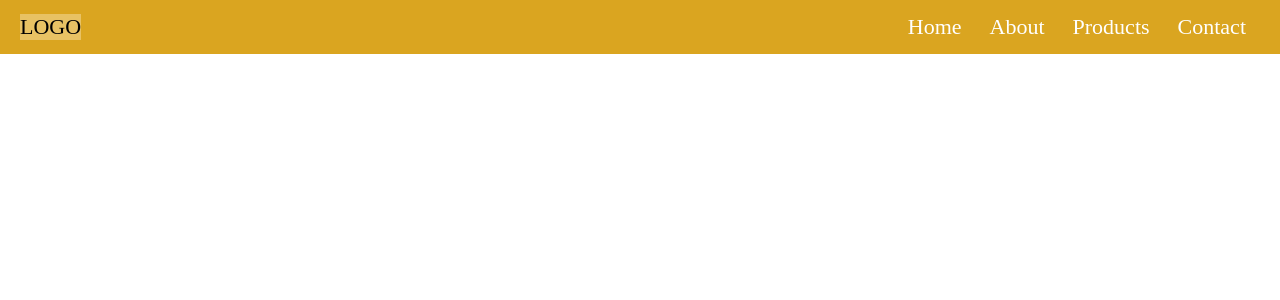
Repository: albayrakfatih/Flex-Navbar
Page: navbar-w-flexbox.html
These files come from the project's save history. The page is drawn as it stood at one moment and after a run of saves; the edit follows.
The browser window is 1280 px wide. The pictures show the whole page.

Above is the page before, as saved 2023-05-09 21:06:02.

After the next 2 saves:
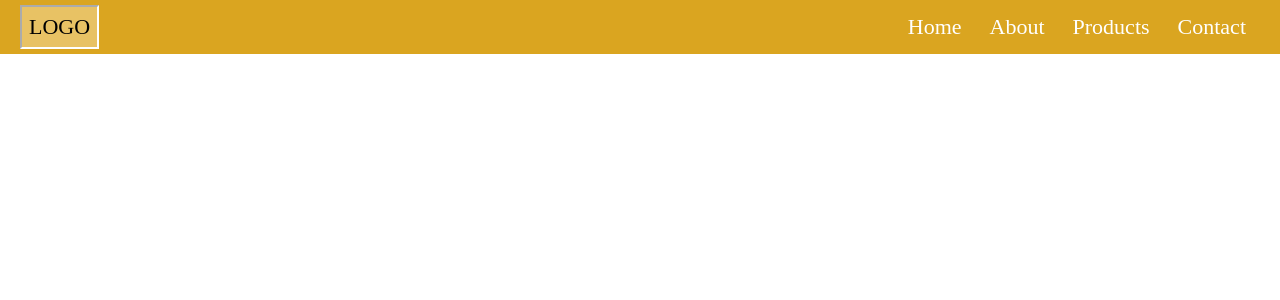
The 2 saves are shown as one change because they came seconds apart.
The last was saved 49 s later.
--- a/styles.css
+++ b/styles.css
@@ -37,8 +37,8 @@
 }
 
 .logo{
-    /* border: 2px inset #fff; */
-    /* padding:7px; */
+    border: 2px inset #fff;
+    padding:7px;
     background: #e8c264;
     color: black;
 }
